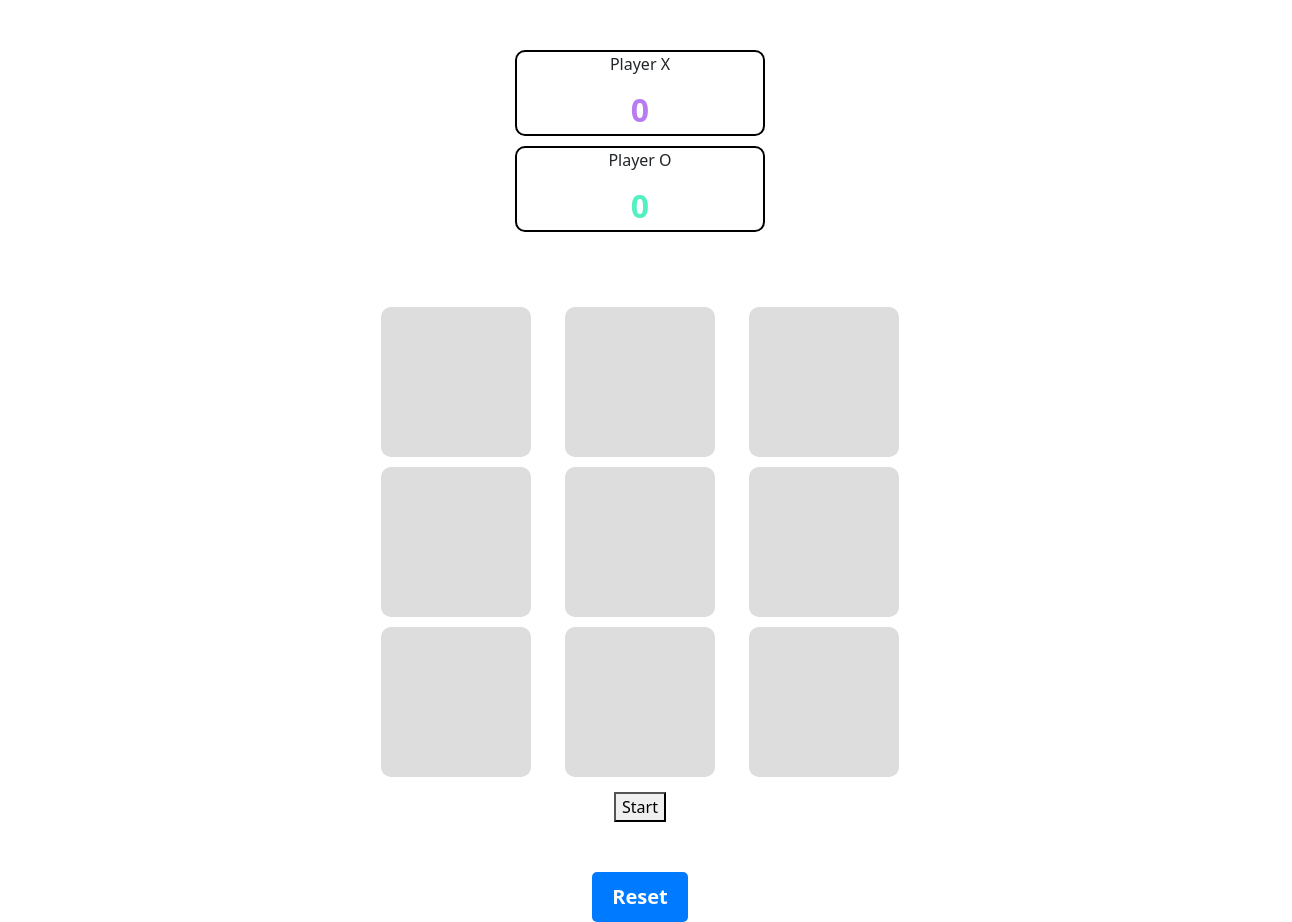
Repository: woodsdeshe/Tic-Tac-Toe
Page: index.html
An editor plug-in stored every save of this project. The page is shown before and after the next save, followed by the edit.
The browser window is 1280 px wide. The page is 1292 px wide, so the pictures cover 1292 px, including what lies to the right of the window. The pictures show the whole page.

Above is the page before, as saved 2023-03-31 21:15:06.

### index.html
<!DOCTYPE html>
<html lang="en">
  <head>
    <meta charset="UTF-8" />
    <meta http-equiv="X-UA-Compatible" content="IE=edge" />
    <meta name="viewport" content="width=device-width, initial-scale=1.0" />
    <title>Tic Tac Toe | DeShe Woods</title>
    <link rel="stylesheet" href="styles.css" />
    <link
      href="https://cdn.jsdelivr.net/npm/bootstrap@5.3.0-alpha2/dist/css/bootstrap.min.css"
      rel="stylesheet"
      integrity="sha384-aFq/bzH65dt+w6FI2ooMVUpc+21e0SRygnTpmBvdBgSdnuTN7QbdgL+OapgHtvPp"
      crossorigin="anonymous"
    />
  </head>
  <body>
    <div class="container">
      <div class="row">
        <div class="col-12 scoreboard scoreboard-left">
          <div>Player X</div>
          <div class="score-x">0</div>
        </div>
        <div class="col-12 scoreboard scoreboard-right">
          <div>Player O</div>
          <div class="score-o">0</div>
        </div>
      </div>
      <div class="message"></div>
      <div class="container game-board">
        <div class="row">
          <div class="col-4">
            <div class="tile square-1"></div>
          </div>
          <div class="col-4">
            <div class="tile square-2"></div>
          </div>
          <div class="col-4">
            <div class="tile square-3"></div>
          </div>
        </div>
        <div class="row">
          <div class="col-4">
            <div class="tile square-4"></div>
          </div>
          <div class="col-4">
            <div class="tile square-5"></div>
          </div>
          <div class="col-4">
            <div class="tile square-6"></div>
          </div>
        </div>
        <div class="row">
          <div class="col-4">
            <div class="tile square-7"></div>
          </div>
          <div class="col-4">
            <div class="tile square-8"></div>
          </div>
          <div class="col-4">
            <div class="tile square-9"></div>
          </div>
        </div>
      </div>
      </div>
      <div class="row">
        <div class="col">
          <div class="start">
            <button class="startBtn">Start</button>
          </div>
          <div class="reset">
            <button class="reset-btn">Reset</button>
          </div>
        </div>
      </div>
    </div>
    <script
      src="https://cdn.jsdelivr.net/npm/bootstrap@5.3.0-alpha2/dist/js/bootstrap.bundle.min.js"
      integrity="sha384-qKXV1j0HvMUeCBQ+QVp7JcfGl760yU08IQ+GpUo5hlbpg51QRiuqHAJz8+BrxE/N"
      crossorigin="anonymous"
    ></script>
    <script src="script.js"></script>
  </body>
</html>

### styles.css
.container {
  display: flex;
  flex-direction: column;
  align-items: center;
  margin-top: 50px;
}

.scoreboard {
  display: flex;
  flex-direction: column;
  align-items: center;
  border: 2px solid black;
  border-radius: 10px;
  width: 200px;
}

.scoreboard-left {
  margin-right: 70px;
  margin-bottom: 10px;
}

.scoreboard-right {
  margin: 0;
}

.score-x {
  font-size: 48px;
  color: rgb(184, 123, 241);
}

.score-o {
  font-size: 48px;
  color: rgb(83, 240, 193);
}

.score-x,
.score-o {
  font-size: 2em;
  font-weight: bold;
  margin-top: 10px;
}

.message {
  font-size: 2em;
  margin-bottom: 20px;
}

.game-board {
  display: flex;
  justify-content: center;
}

.tile {
  width: 150px;
  height: 150px;
  background-color: #ddd;
  margin: 5px;
  border-radius: 10px;
  display: flex;
  justify-content: center;
  align-items: center;
  font-size: 50px;
  font-weight: bold;
  cursor: pointer;
}

.reset {
  text-align: center;
  margin-top: 50px;
}

.reset-btn {
  font-size: 20px;
  font-weight: bold;
  padding: 10px 20px;
  background-color: #007bff;
  color: white;
  border-radius: 5px;
  border: none;
  cursor: pointer;
}

.start {
    text-align: center;
    margin-top: 10px;
}

.x-symbol {
    color: rgb(184, 123, 241);
}

.o-symbol {
    color: rgb(83, 240, 193);
}

@media (max-width: 767px) {
  .scoreboard {
    margin-bottom: 20px;
  }
}

### script.js
// Variables that access the squares, reset button, scoreboards , and messaging for the game that will stay constant
const gameBoard = document.querySelector(".game-board");
const resetBtn = document.querySelector(".reset-btn");
const scoreboardX = document.querySelector(".score-x");
const scoreboardO = document.querySelector(".score-o");
const message = document.querySelector(".message");
const tile = document.querySelectorAll(".tile");

// Variables that access the current player, game over, X and O scores that will change based on conditions of the game
let currentPlayer = "X";
let gameOver = false;
let xScore = 0;
let oScore = 0;

// This event listener will check to see if the tiles are empty and will fill them with the symbol of the current player

gameBoard.addEventListener("click", (event) => {
  event.preventDefault();

  //This if statement checks to see if the game is over before allowing the players to continue playing. If gameOver is true, then the board becomes unclickable
  if (gameOver) {
    return;
  }

  // This variable will hold the square that gets clicked using the .target property
  const square = event.target;

  // Checks to see if the square contains a class of tile and the square is empty. If it's empty then the square will contain a symbol and alternate the symbol according to the current player
  if (square.classList.contains("tile") && square.textContent === "") {
    // This if statement adds or removes the appropriate symbol class based on the current player so that the colors of the symbols will be different
    if (currentPlayer === "X") {
      square.classList.add("x-symbol");
      square.classList.remove("o-symbol");
    } else {
      square.classList.add("o-symbol");
      square.classList.remove("x-symbol");
    }

    square.textContent = currentPlayer;

    //Updates the message variable to show who's turn it is on the screen
    message.textContent = `It's ${currentPlayer} turn`;

    currentPlayer = currentPlayer === "X" ? "O" : "X";
  }

  //Calls the checkForWinner function after each turn to see if a player has won
  checkForWinner();
});

// Check to see if the tiles contain a winning play of a specific player
function currentPlay(plays, player) {
  // The .every method checks through every tile within the player array that checks to see if they contain the current players symbol with a boolean "true" or "false"
  return plays.every((tile) => {
    tileElement = document.querySelector(`.square-${tile}`);
    return tileElement.textContent === player;
  });
}

// This function will check to see which player has the winning set after each move
function checkForWinner() {
  // Nested arrays that show all the winning plays that are needed to win
  const winningPlays = [
    [1, 2, 3],
    [4, 5, 6],
    [7, 8, 9],
    [1, 4, 7],
    [2, 5, 8],
    [3, 6, 9],
    [1, 5, 9],
    [3, 5, 7],
  ];

  // Loops through each array within "winingPlays" and stores the values in the variable "plays"
  for (let i = 0; i < winningPlays.length; i++) {
    const plays = winningPlays[i];

    // Create if/else conditions that will check to see if the current player has a winning play thats in 'winningPlays', if no one wins, it calls the "itsATie" function to alert the players that the game is over and prevents the players from continuing to play using th endGame function"
    if (currentPlay(plays, "X")) {
      xScore++;
      scoreboardX.textContent = xScore;
      message.textContent = "Player X Wins!";
      gameOver = true;
      endGame();
    } else if (currentPlay(plays, "O")) {
      oScore++;
      scoreboardO.textContent = oScore;
      message.textContent = "Player O Wins!";
      gameOver = true;
      endGame();
    } else if (itsATie()) {
      message.textContent = "Game over! It's a tie!!!";
      gameOver = true;
      endGame();
    }
  }

  // This function iterates through all the tiles on the board and checks to see if the board is full. If there isn't any empty tiles left, it returns true.
  function itsATie() {
    for (let i = 0; i < tile.length; i++) {
      if (tile[i].textContent === "") {
        return false;
      }
    }
    return true;
  }

  // This function iterates through all the tiles in the game and removes the gameBoard listener so that the board is no longer clickable when the game is over
  function endGame() {
    for (let i = 0; i < tile.length; i++) {
      tile[i].removeEventListener("click", handleClick);
    }
  }
}

//This function resets the game
function resetGame() {
  currentPlayer = "X";
  gameOver = false;
  message.textContent = `It's ${currentPlayer} turn`;
  scoreboardX.textContent = "0";
  scoreboardO.textContent = "0";
  xScore = 0;
  oScore = 0;

  // Clears the board by setting the text content of all tiles to an empty string
  tile.forEach((tile) => {
    tile.textContent = "";
  });

  // Add back the event listener to each tile so that they are clickable again
  tile.forEach((tile) => {
    tile.addEventListener("click", handleTileClick);
  });
}

resetBtn.addEventListener("click", () => {
  resetGame();
});

After the next save:
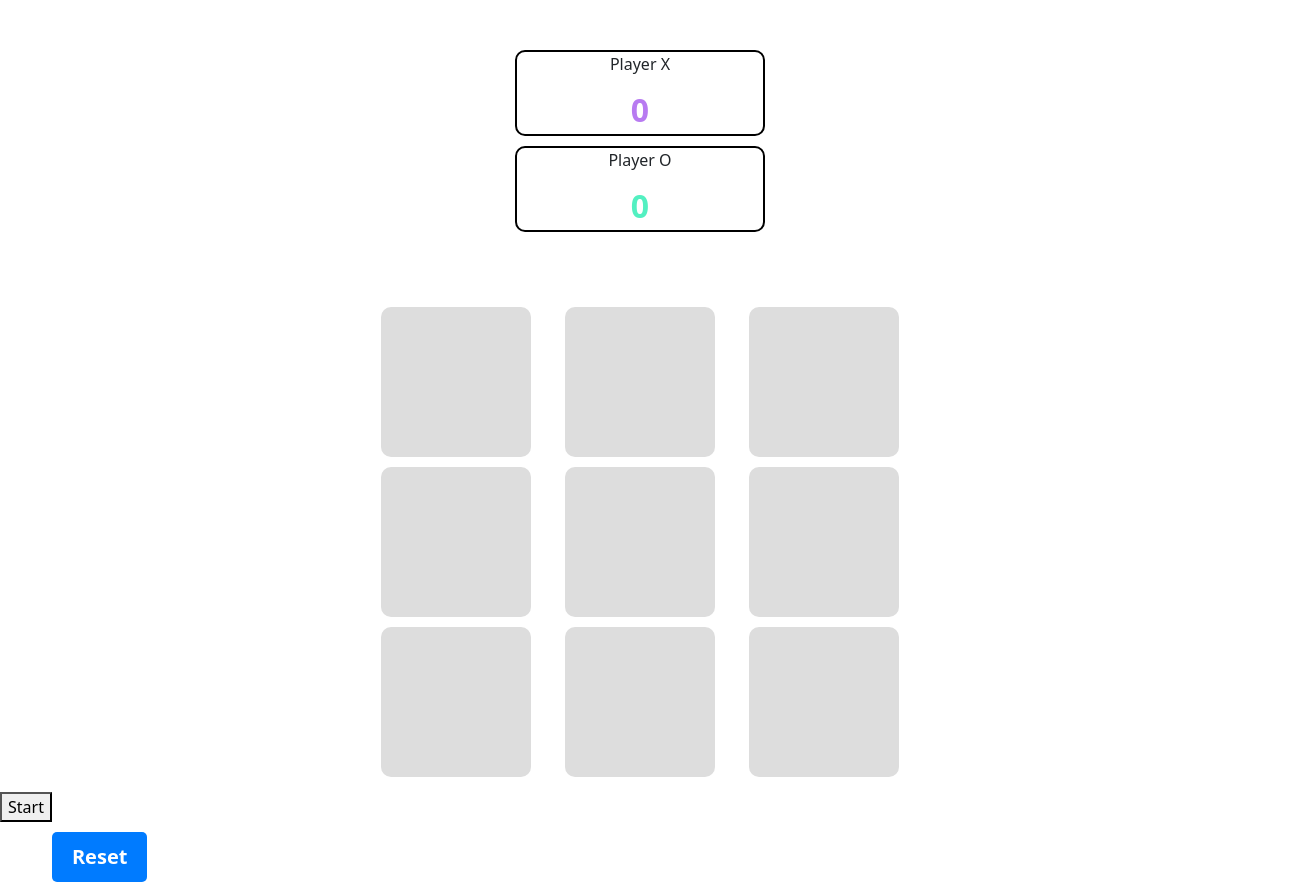
Saved 77 s later.
--- a/index.html
+++ b/index.html
@@ -64,11 +64,13 @@
       </div>
       <div class="row">
         <div class="col">
-          <div class="start">
-            <button class="startBtn">Start</button>
-          </div>
-          <div class="reset">
-            <button class="reset-btn">Reset</button>
+          <div class="btn-group">
+            <div class="start">
+              <button class="startBtn">Start</button>
+            </div>
+            <div class="reset">
+              <button class="reset-btn">Reset</button>
+            </div>
           </div>
         </div>
       </div>
